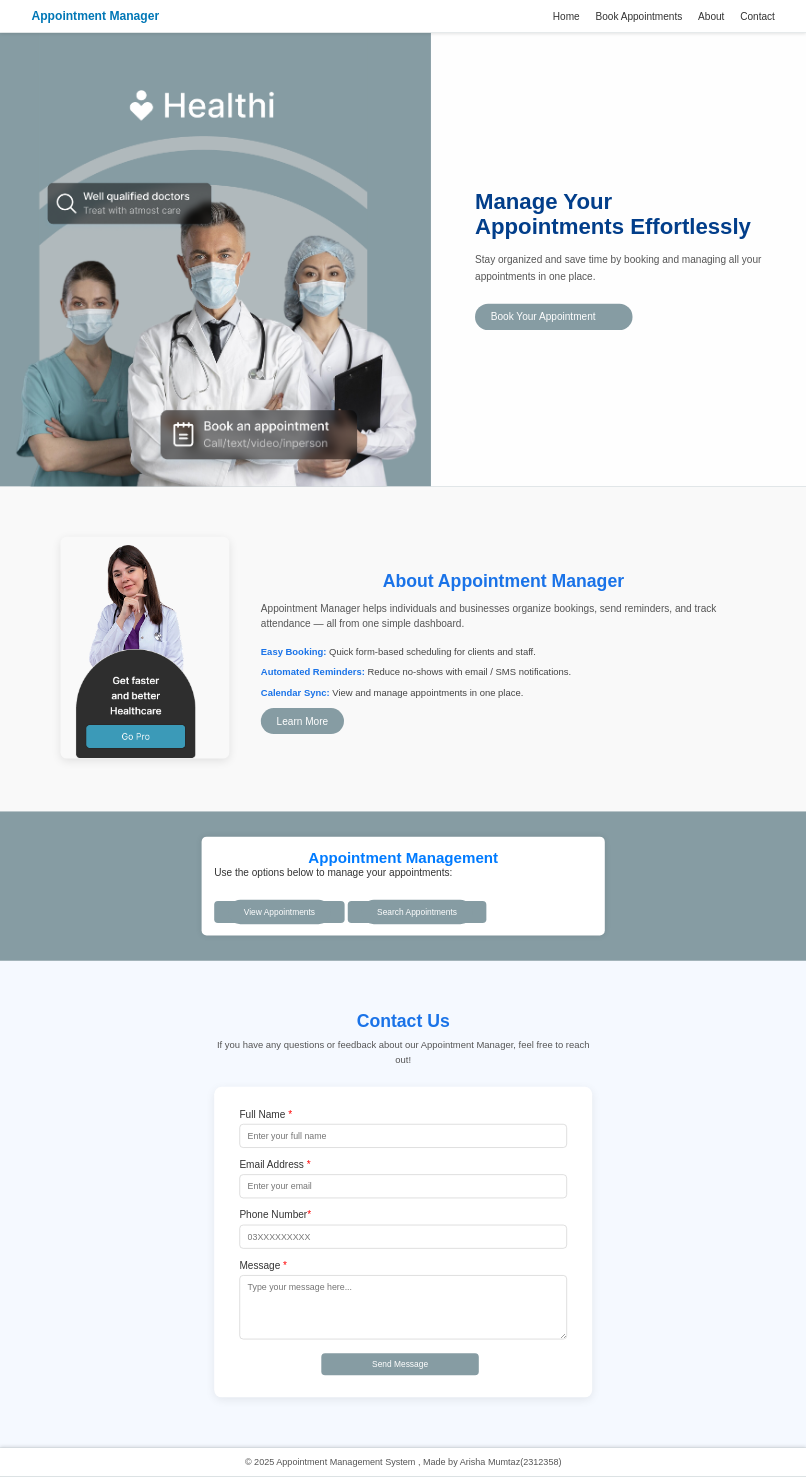
Repository: Arisha004/Hospital-Appointment-Management-System
Page: landingpage.html
These files come from the project's save history. The page is drawn as it stood at one moment and after the next save; the edit follows.
The browser window is 1280 px wide. The pictures show the whole page, at 63% of full size.

Above is the page before, as saved 2025-10-24 15:53:52.

After the next save:
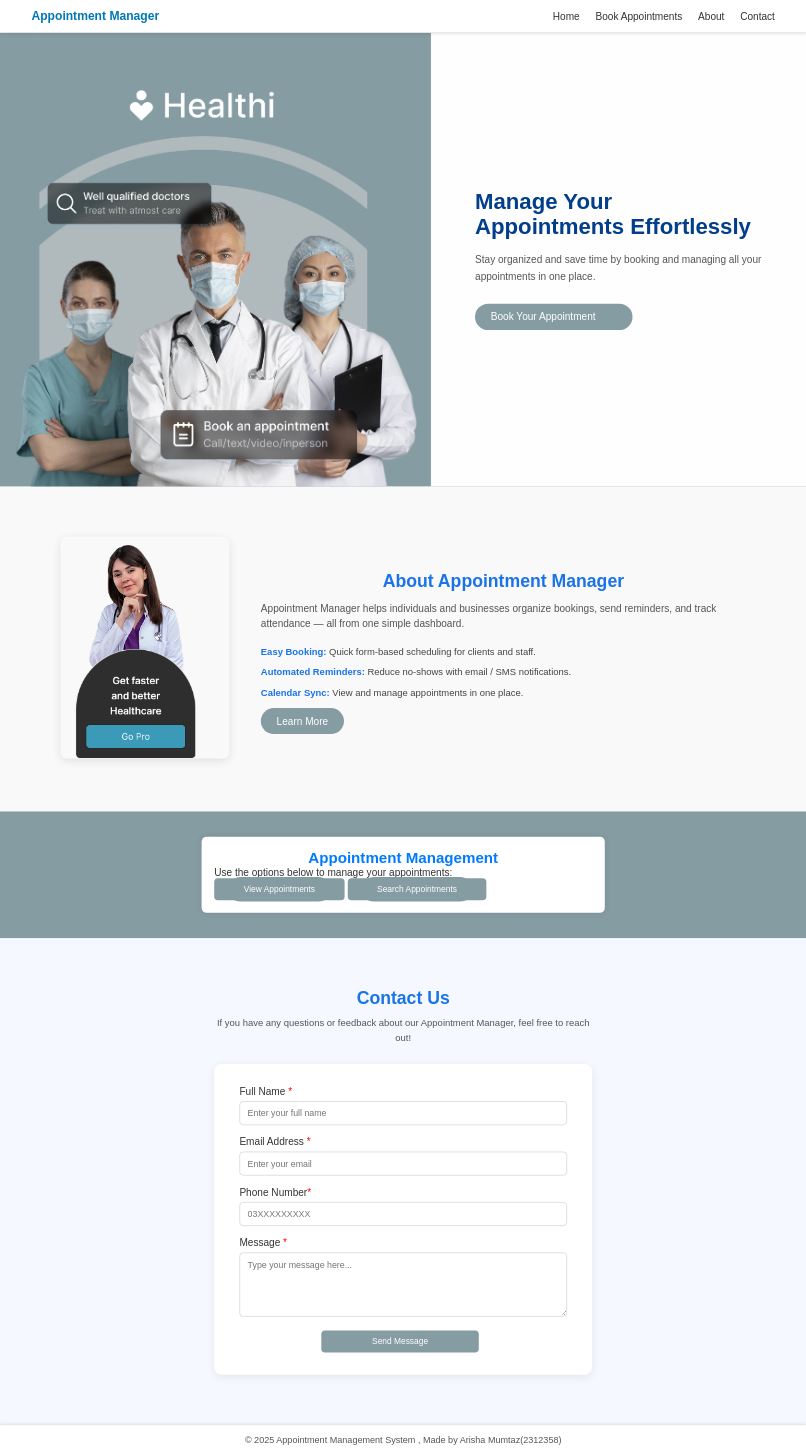
Saved 5 s later.
--- a/landingpage.html
+++ b/landingpage.html
@@ -58,7 +58,7 @@
   <section id="crudoperations">
     <div class="container1">
       <h2>Appointment Management</h2>
-      <p>Use the options below to manage your appointments:</p><br><br>
+      <p>Use the options below to manage your appointments:</p>
 
       <button> <a href="list.php" class="btn">View Appointments</a></button>
        <button>  <a href="searching.php" class="btn">Search Appointments</a></button>

After the save that followed:
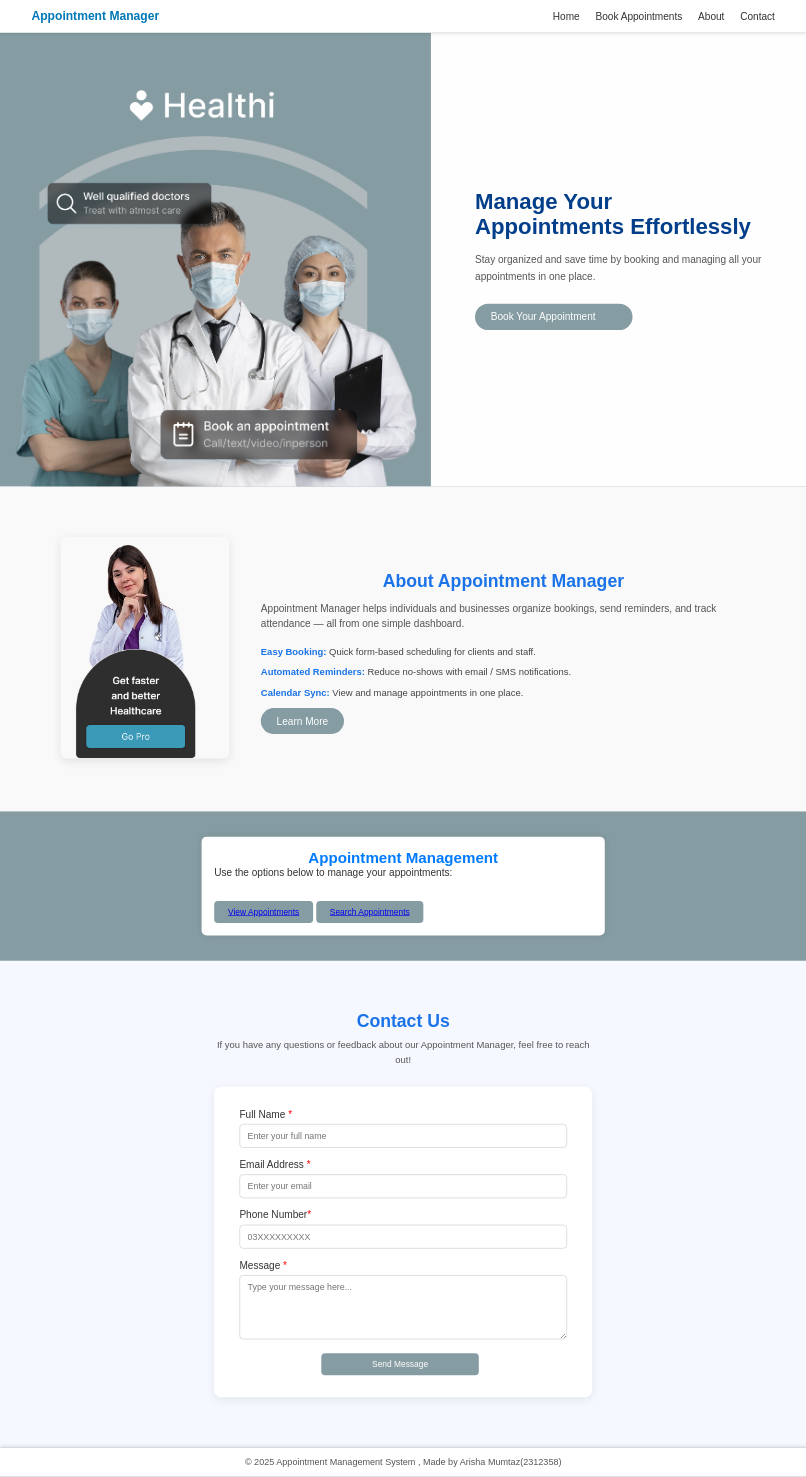
Saved 4 s later.
--- a/landingpage.html
+++ b/landingpage.html
@@ -58,10 +58,10 @@
   <section id="crudoperations">
     <div class="container1">
       <h2>Appointment Management</h2>
-      <p>Use the options below to manage your appointments:</p>
+      <p>Use the options below to manage your appointments:</p><br><br>
 
-      <button> <a href="list.php" class="btn">View Appointments</a></button>
-       <button>  <a href="searching.php" class="btn">Search Appointments</a></button>
+      <button> <a href="list.php" >View Appointments</a></button>
+       <button>  <a href="searching.php">Search Appointments</a></button>
       </div>
 
   </section>
